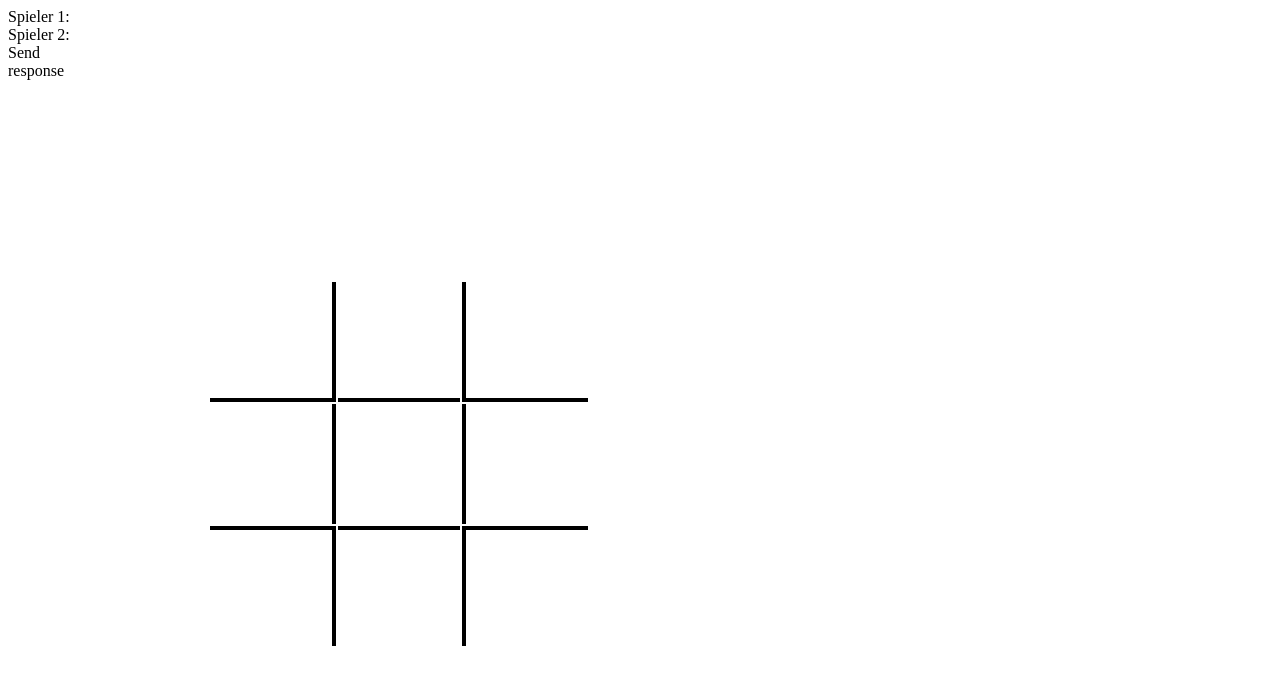
Repository: BKMaster94/Proggen_testat_2
Page: Proggen_testat_2/HTML/Index.html
The author's editor kept a copy of each file at every save. The page is drawn from the files as they stood at one save, then again after the next save.
The browser window is 1280 px wide. The pictures show the whole page.

Above is the page before, as saved 2017-06-12 16:52:36.
Console error: SyntaxError: Unexpected end of input

### Proggen_testat_2/HTML/Index.html
<!DOCTYPE HEAD PUBLIC "-//W3C//DTD HTML 4.01 Transitional//EN" "http://www.w3.org/TR/html4/loose.dtd">
<HTML>
<HEAD>
	<meta name="Dokumentbe4schreibung" content="Index">
	<meta name="viewport" content="width=device-width, initial-sclae=1.0">
	<title>TicTacTo</title>

	<style>
	#table{
		font: bold 100px 'Comic Sans';
		margin-left:2em;
		margin-top:2em;
		display: table;
	}

	table tr th{
		width: 120px;
		height: 120px;
	}

	#S1Z_Eins{
		border-right: 4px solid black;
		border-bottom: 4px solid black;
	}
	#S1Z_Zwei
	{
		border-bottom: 4px solid black;
	}
	#S1Z_Drei
	{
		border-left: 4px solid black;
		border-bottom: 4px solid black;
	}
	#S2Z_Eins{
		border-right: 4px solid black;
	}
	#S2Z_Zwei
	{
		border-radius:: 2px;
	}
	#S2Z_Drei
	{
		border-left: 4px solid black;
		border-radius:: 2px;

	}
	#S3Z_Eins{
		border-right: 4px solid black;
		border-top: 4px solid black;
	}
	#S3Z_Zwei
	{
		border-top: 4px solid black;
	}
	#S3Z_Drei
	{
		border-left: 4px solid black;
		border-top: 4px solid black;
	}
	</style>
</HEAD>

<BODY>
<div> Spieler 1: </div> <div> Spieler 2: </div>

<div onclick="sendRequest()"> Send </div>
<div onclick="getResponse()"> response </div>



	<table id="table">
		<tr id="S_Eins">
			<th id="S1Z_Eins" onclick="WerlcherDarfClicken(this.id);"></th>
			<th id="S1Z_Zwei" onclick="WerlcherDarfClicken(this.id);"></th>
			<th id="S1Z_Drei" onclick="WerlcherDarfClicken(this.id);"></th>
		</tr>
		<tr id="S_Zwei">
			<th id="S2Z_Eins" onclick="WerlcherDarfClicken(this.id);"></th>
			<th id="S2Z_Zwei" onclick="WerlcherDarfClicken(this.id);"></th>
			<th id="S2Z_Drei" onclick="WerlcherDarfClicken(this.id);"></th>
		</tr>
		<tr id="S_Drei">
		 	<th id="S3Z_Eins" onclick="WerlcherDarfClicken(this.id);"></th>
			<th id="S3Z_Zwei" onclick="WerlcherDarfClicken(this.id);"></th>
			<th id="S3Z_Drei" onclick="WerlcherDarfClicken(this.id);"></th>
		</tr>

	</table>

</BODY>

<script type="text/javascript">
var player1 = true;
var player2 = false;

function WerlcherDarfClicken(el){
	if(player1 == true ){
		player2 = false;
		document.getElementById(el).innerHTML='x';
	}
	if(player2 == true){
		player1 = false;
		document.getElementById(el).innerHTML='o';
	}
}

function sendRequest(){

	   xmlhttp = new XMLHttpRequest();

	   xmlhttp.open("POST","http://localhost:8080/getstring", true);
	   xmlhttp.send();

	   string=xmlhttp.responseText;

}

function getResponse(){

	   xmlhttp = new XMLHttpRequest();

	   xmlhttp.open("GET","http://localhost:8080/getResponse", true);
	   xmlhttp.send(null);
	   request.onreadystatechange = function() {
		   if (request.readyState == 4) {
		     var doc = request.response;
		     //var elem = doc.getElementById("div1");
		     alert(doc);
		   }

}

</script>
</HTML>

After the next save:
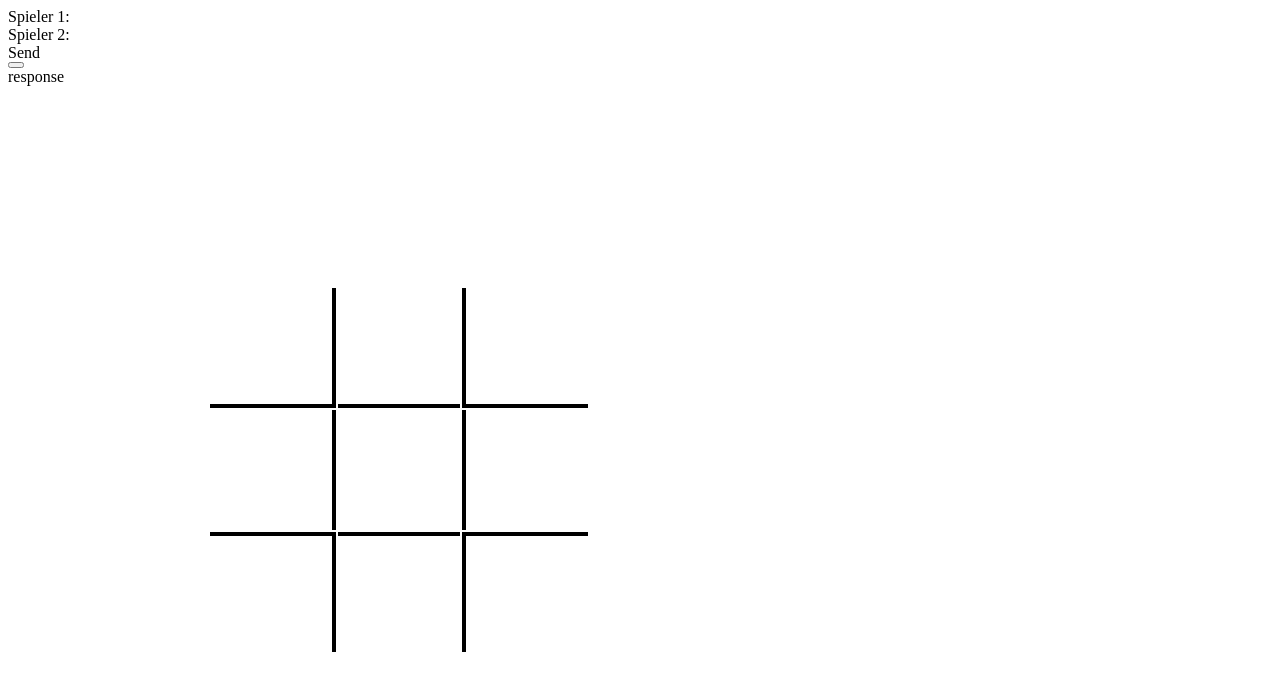
Saved 3 min 2 s later.
--- a/Proggen_testat_2/HTML/Index.html
+++ b/Proggen_testat_2/HTML/Index.html
@@ -64,6 +64,7 @@
 <div> Spieler 1: </div> <div> Spieler 2: </div>
 
 <div onclick="sendRequest()"> Send </div>
+<button onclick="sendRequest()"></button>
 <div onclick="getResponse()"> response </div>
 
 
